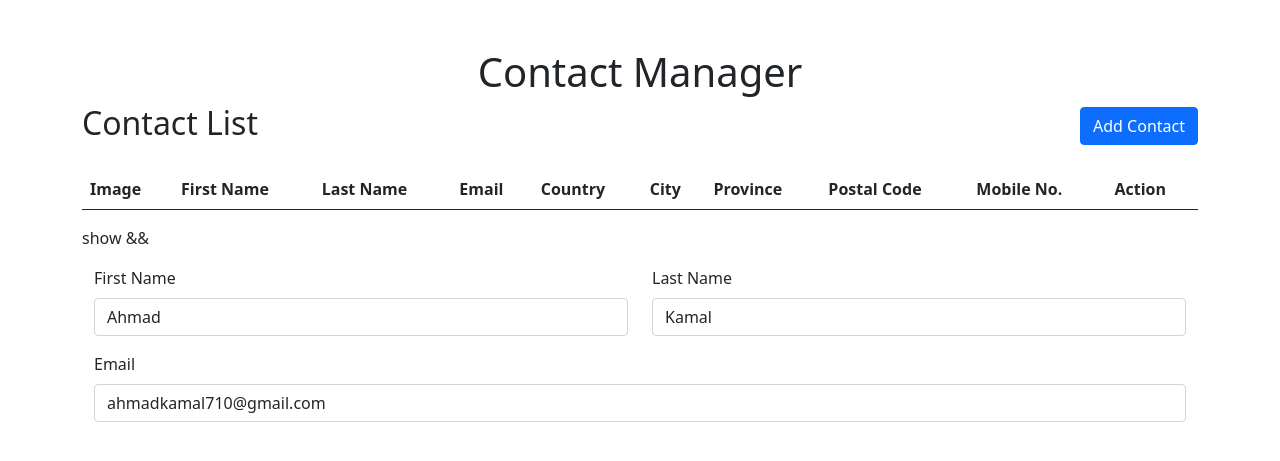
Repository: ahmadunitedsol710/contact-project
Page: /
An editor plug-in stored every save of this project. The page is shown before and after the next save, followed by the edit.
The browser window is 1280 px wide. The pictures show the whole page.
The project was rebuilt for these pictures with package versions that can differ from the ones it lists, and the page was loaded fresh each time. Also part of the build but not shown: src/Components/AddContact.js.

Above is the page before, as saved 2024-07-25 16:01:38.

After the next save:
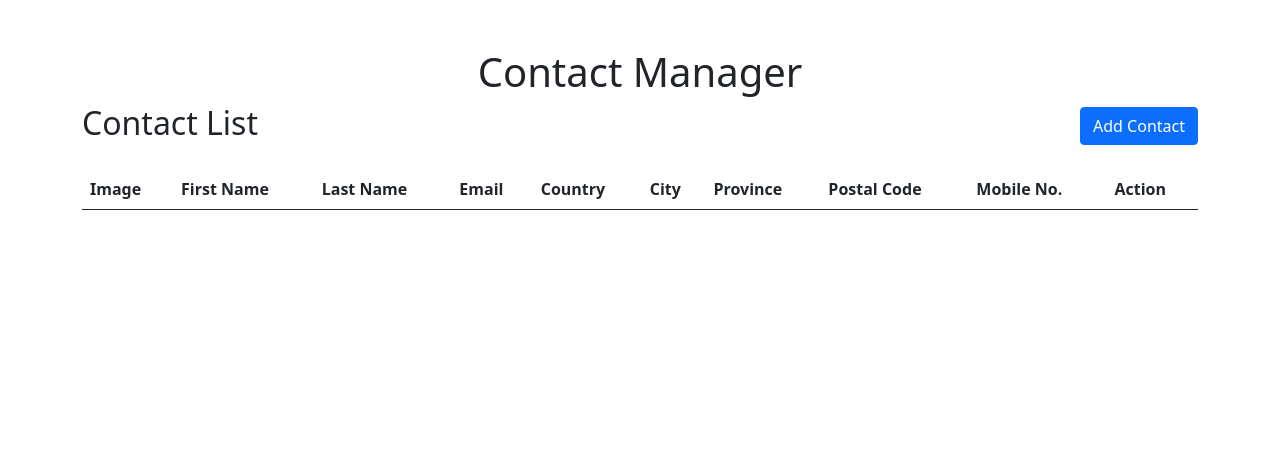
Saved 4 s later.
--- a/src/Components/ContactCard.js
+++ b/src/Components/ContactCard.js
@@ -43,7 +43,7 @@ const ContactCard = (props) => {
                 )}
             </tbody>
         </table>
-        show &&   <ContactDetails/>
+     {   show &&   <ContactDetails/>}
         </>
     )
 }
